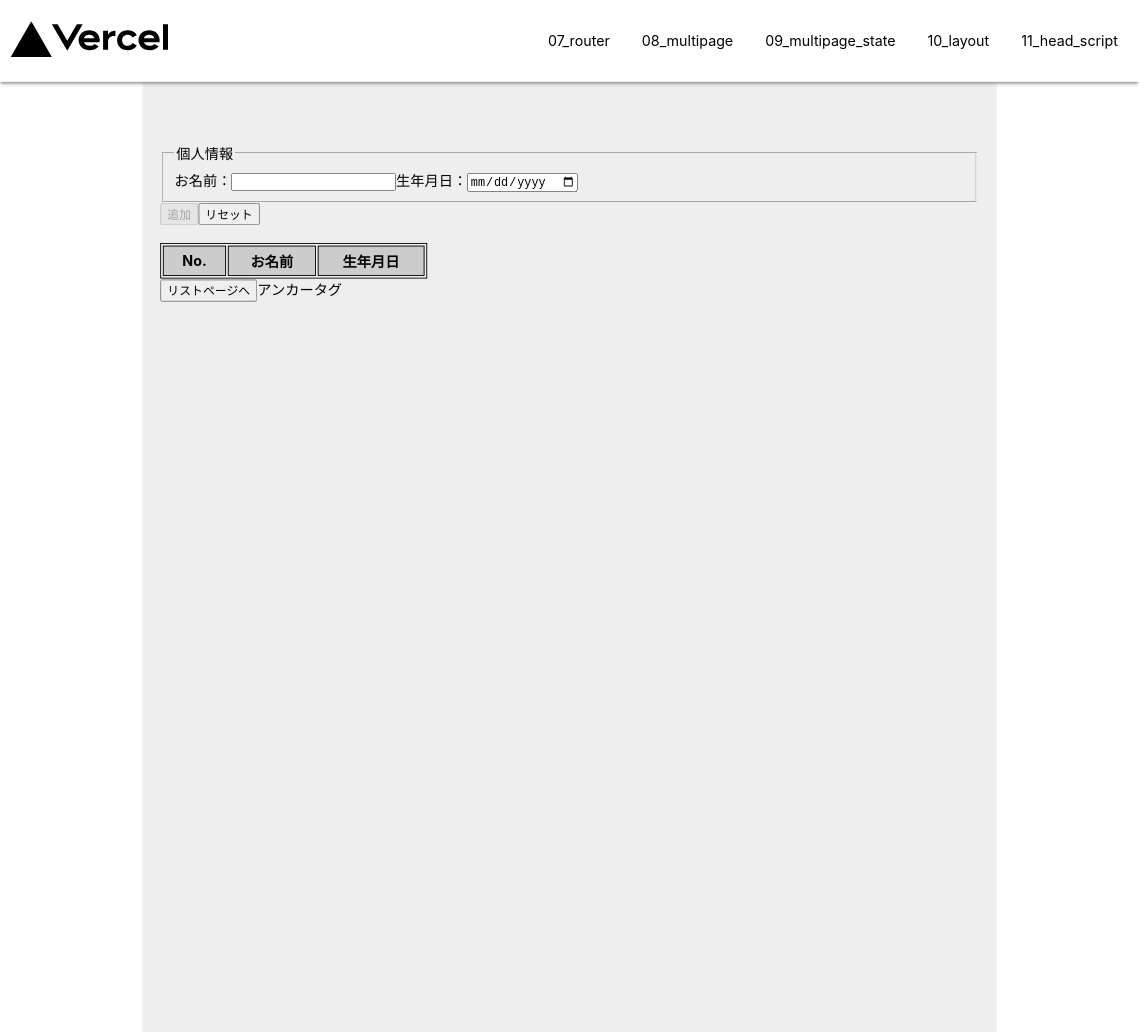
Repository: nishimura-0615/react-guide-material
Page: /09_multipage_state (app in 17_nextjs_p1/end/)
An editor plug-in stored every save of this project. The page is shown before and after the next save, followed by the edit.
The browser window is 1280 px wide. The pictures show the whole page, at 89% of full size.
The project was rebuilt for these pictures with package versions that can differ from the ones it lists, and the page was loaded fresh each time. The framework's server and built-in components were replaced by stand-ins that run in the browser. Also part of the build but not shown: 17_nextjs_p1/end/next.config.js.

Above is the page before, as saved 2024-05-01 11:14:03.

After the next save:
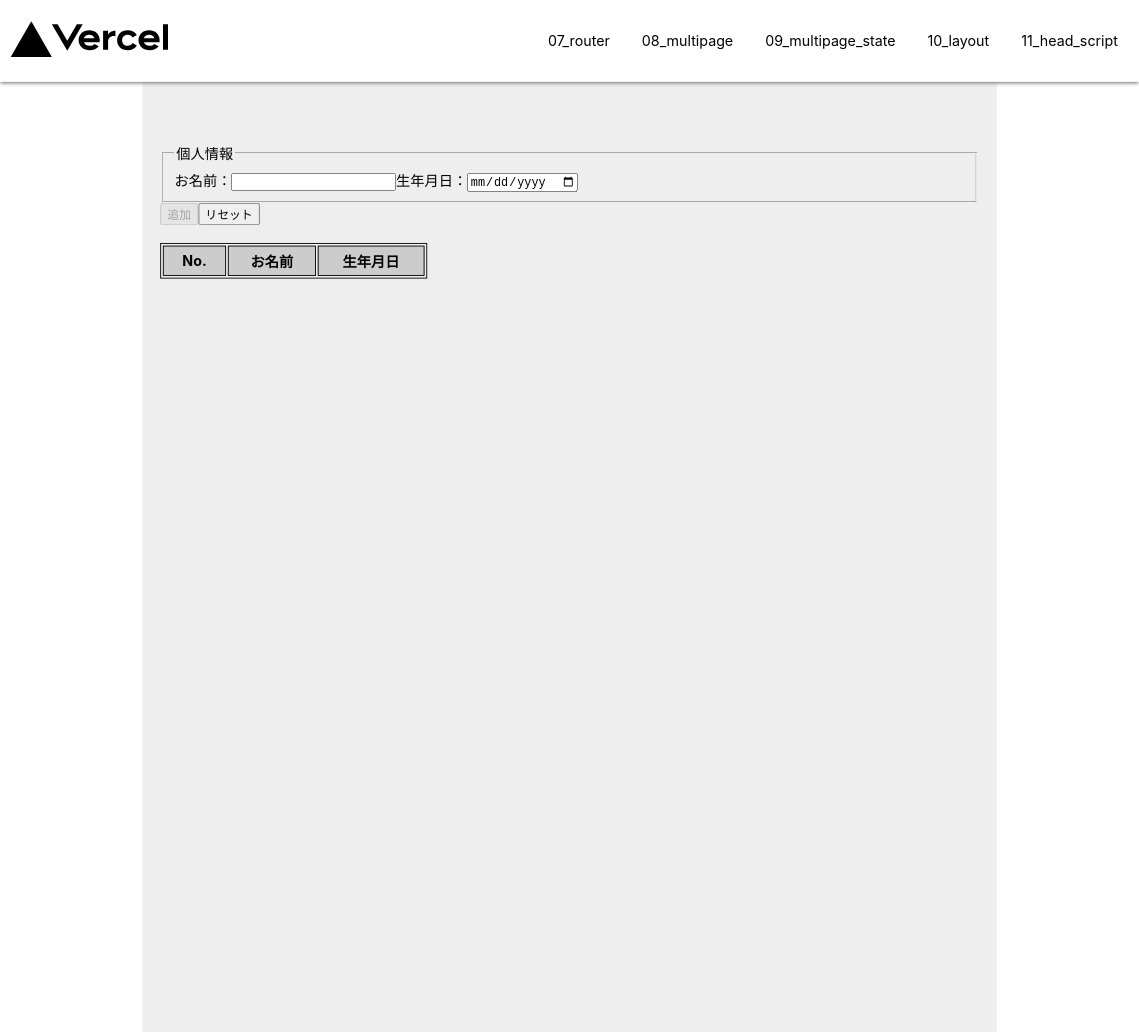
Saved 4 min 12 s later.
--- a/17_nextjs_p1/end/src/pages/09_multipage_state/index.js
+++ b/17_nextjs_p1/end/src/pages/09_multipage_state/index.js
@@ -1,17 +1,12 @@
 // POINT 複数ページでの状態の共有（Context使用）
-import { useState } from "react";
-import Form from "../../components/form";
-import List from "../../components/list";
-import { useAppContext } from "../../context/AppContext";
-import { useRouter } from "next/router";
-import Link from "next/link";
+import { useState } from 'react';
+import Form from '../../components/form';
+import List from '../../components/list';
 
 export default function PageLink() {
-  const initialState = { name: "", birth: "" };
+  const initialState = { name: '', birth: '' };
   const [value, setValue] = useState(initialState);
-  const [ list, setList ] = useAppContext();
-  const router = useRouter();
-
+  const [list, setList] = useState([]);
   const handleChange = (e) => {
     const inputId = e.target.id;
     const inputValue = e.target.value;
@@ -34,14 +29,6 @@
         birthValue={value.birth}
       />
       <List list={list} />
-      <button onClick={() => router.push('/09_multipage_state/list')}>
-        リストページへ
-      </button>
-      <Link href='/09_multipage_state/list'>
-      <a >
-        アンカータグ
-      </a>
-      </Link>
     </div>
   );
 }
